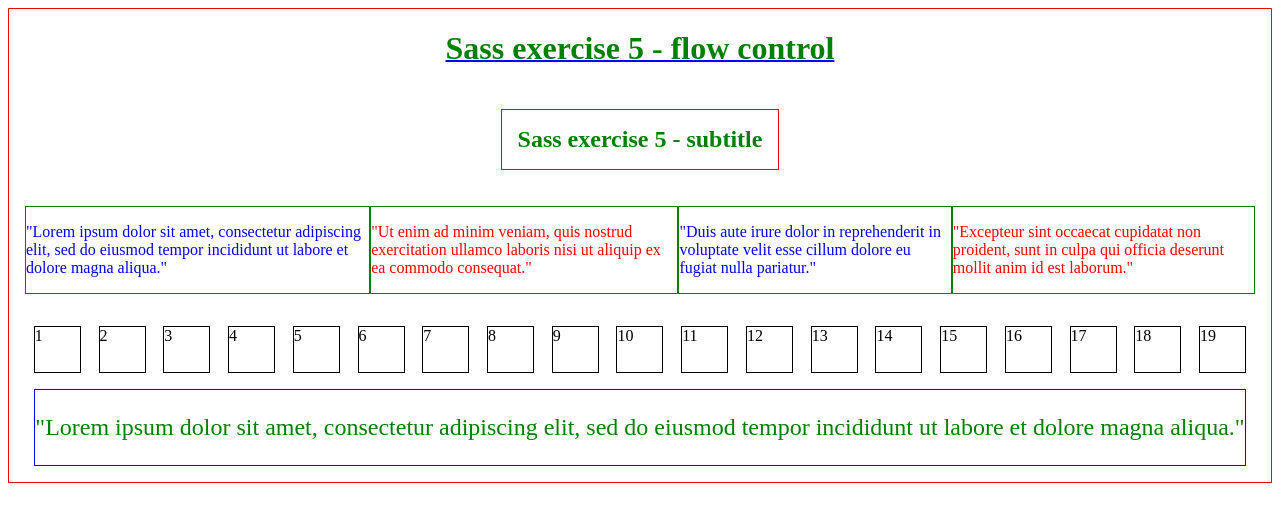
Repository: tr2cky/sass5
Page: index.html
These files come from the project's save history. The page is drawn as it stood at one moment and after a run of saves; the edit follows.
The browser window is 1280 px wide. The pictures show the whole page.
The style sheet was rebuilt from its Sass, Less or Tailwind sources for each picture, by a compiler version that may differ from the author's.

Above is the page before, as saved 2022-10-16 12:28:46.

### index.html
<!DOCTYPE html>
<html>
    <head>
        <title>Sass exercise 5 - flow control</title>
        <link rel="stylesheet" href="./style.css">
    </head>
    <body>
        <div class="exercise">
            <h1>Sass exercise 5 - flow control</h1>
            <h2>Sass exercise 5 - subtitle</h2>
            <section>
                <article>
                    <p>"Lorem ipsum dolor sit amet, consectetur adipiscing elit, sed do eiusmod tempor incididunt ut labore et dolore magna aliqua."</p>
                </article>
                <article>
                    <p>"Ut enim ad minim veniam, quis nostrud exercitation ullamco laboris nisi ut aliquip ex ea commodo consequat."</p>
                </article>
                <article>
                    <p>"Duis aute irure dolor in reprehenderit in voluptate velit esse cillum dolore eu fugiat nulla pariatur."</p>
                </article>
                <article>
                    <p>"Excepteur sint occaecat cupidatat non proident, sunt in culpa qui officia deserunt mollit anim id est laborum."</p>
                </article>
            </section>
            <section class="numbers">
                <div class="fs-1rem">1</div>
                <div class="fs-2rem">2</div>
                <div class="fs-3rem">3</div>
                <div class="fs-1rem">4</div>
                <div class="fs-2rem">5</div>
                <div class="fs-3rem">6</div>
                <div class="fs-2rem">7</div>
                <div class="fs-1rem">8</div>
                <div class="fs-3rem">9</div>
                <div class="fs-2rem">10</div>
                <div class="fs-1rem">11</div>
                <div class="fs-3rem">12</div>
                <div class="fs-2rem">13</div>
                <div class="fs-1rem">14</div>
                <div class="fs-3rem">15</div>
                <div class="fs-2rem">16</div>
                <div class="fs-1rem">17</div>
                <div class="fs-3rem">18</div>
                <div class="fs-2rem">19</div>
            </section>
            <section>
                <article>
                    <p>"Lorem ipsum dolor sit amet, consectetur adipiscing elit, sed do eiusmod tempor incididunt ut labore et dolore magna aliqua."</p>
                </article>
            </section>
        </div>
    </body>
</html>

### style.scss
@use "module1.scss";
@use "module2.scss";
@import "module3.scss";

.numbers {
    grid-area: 4 / 1 / 5 / 5;
    display: flex;
    justify-content: space-around;

    & div {
        border: toRem(1) solid;
        width: toRem(45);
        height: toRem(45);
    }
}

### module1.scss
$color-primary: red;
$color-secondary: blue;
$color-tertiary: green;

@import "module3.scss";
.exercise {
    display: grid;
    grid-template-columns: repeat(4, 1fr);
    border: toRem(1) solid $color-primary;
    h1 {
        color: $color-tertiary;
        grid-column: 1/ span 4;
        justify-self: center;
        text-decoration: underline $color-secondary toRem(2);
    }
    h2 {
        @extend h1;
        padding: toRem(16);
        border: toRem(1) solid red;
        text-decoration: none;
    }
    section {
        grid-column: 1 / 5;
        display: flex;
        margin: toRem(16);
    }
}

### module3.scss

@function toRem($value) {
    $remValue: ($value / 16) + rem;
    @return $remValue;
}

### module2.scss
@use "module1.scss";
@import "module3.scss";
$color-primary: module1.$color-primary;
$color-secondary: module1.$color-secondary;
$color-tertiary: module1.$color-tertiary;
@mixin article-card ($color, $border-color: $color-tertiary, $font-size: toRem(16)) {
    color: $color;
    border: toRem(1) solid;
    border-color: $border-color;
    font-size: $font-size;
}
section:nth-of-type(1) {
    article:nth-of-type(odd){
    @include article-card($color-secondary);
    }
    article:nth-of-type(even){
    @include article-card($color-primary);
}
}
section:nth-of-type(3) {
    article {
        @include article-card($color-tertiary, $color-secondary, toRem(24));
    }
    margin-top: toRem(0);
    place-self: center;
}

After the next 2 saves:
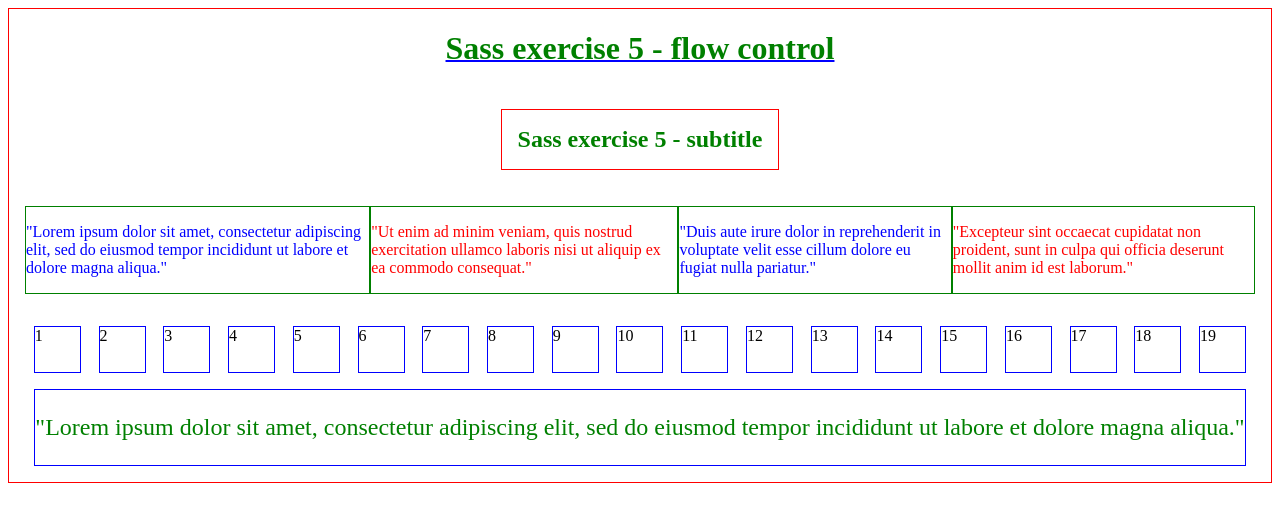
The 2 saves are shown as one change because they came seconds apart.
The last was saved 19 s later.
--- a/style.scss
+++ b/style.scss
@@ -1,6 +1,9 @@
 @use "module1.scss";
 @use "module2.scss";
 @import "module3.scss";
+$color-primary: module1.$color-primary;
+$color-secondary: module1.$color-secondary;
+$color-tertiary: module1.$color-tertiary;
 
 .numbers {
     grid-area: 4 / 1 / 5 / 5;
@@ -8,7 +11,7 @@
     justify-content: space-around;
 
     & div {
-        border: toRem(1) solid;
+        border: toRem(1) solid $color-secondary;
         width: toRem(45);
         height: toRem(45);
     }
